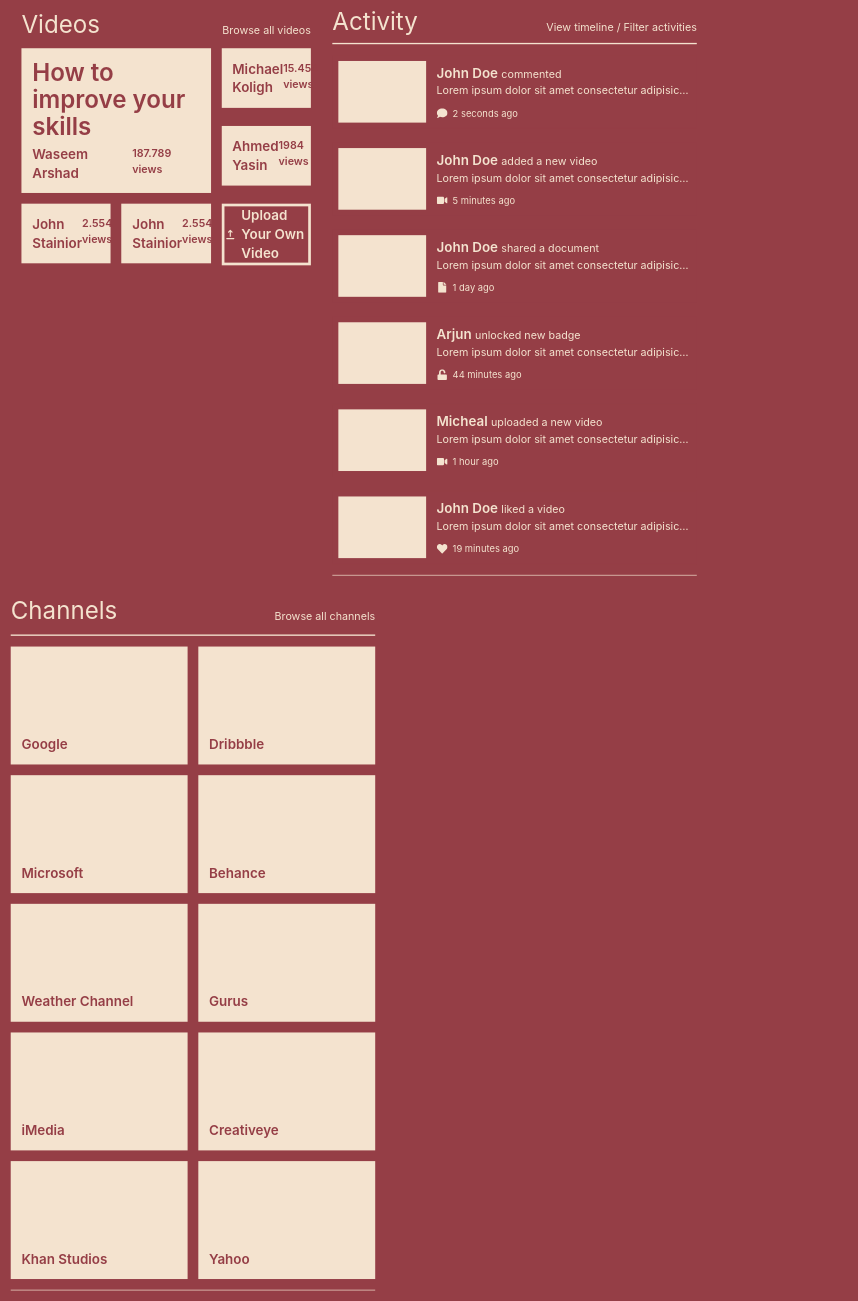
Repository: farrelmuhammad/test-salt
Page: /
The author's editor kept a copy of each file at every save. The page is drawn from the files as they stood at one save, then again after the next save.
The browser window is 1280 px wide. The pictures show the whole page, at 67% of full size.
The project was rebuilt for these pictures with package versions that can differ from the ones it lists, and the page was loaded fresh each time. Also part of the build but not shown: src/App.css.

Above is the page before, as saved 2022-11-21 16:55:58.

### src/index.css
@tailwind base;
@tailwind components;
@tailwind utilities;

body {
  margin: 0;
  font-family: -apple-system, BlinkMacSystemFont, "Segoe UI", "Roboto", "Oxygen", "Ubuntu", "Cantarell", "Fira Sans", "Droid Sans", "Helvetica Neue", sans-serif;
  -webkit-font-smoothing: antialiased;
  -moz-osx-font-smoothing: grayscale;
  background-color: #953e46;
}

code {
  font-family: source-code-pro, Menlo, Monaco, Consolas, "Courier New", monospace;
}

@layer components {
  .box-text {
    @apply bg-[#F4E3CF] aspect-[3/2] text-[#953e46] p-4;
  }

  .card {
    @apply flex flex-row border border-[#953e46] p-2;
  }

  .hr-top {
    @apply h-[2px] bg-[#F4E3CF] border-none mb-4;
  }

  .hr-bottom {
    @apply h-[1px] bg-[#F4E3CF] border-none my-4;
  }
}

### src/App.js
import logo from "./logo.svg";
import "./App.css";
import Box from "./components/Box";
import Channels from "./components/Channels";
import Activity from "./components/Activity";

function App() {
  return (
    <>
      <div className="container">
        <div class="flex">
          <div className="flex-auto w-64">
            <Box />
          </div>
          <div className="flex-auto">
            <Activity />
          </div>
        </div>
      </div>
      <Channels />
    </>
  );
}

export default App;

### src/components/Box.jsx
import React from "react";
import { HiUpload } from "react-icons/hi";

const Box = () => {
  return (
    <>
      <section className="container">
        <div className="flex items-end justify-between py-4">
          <h1 className="text-4xl text-[#F4E3CF]">Videos</h1>
          <a href="" className="text-base text-[#F4E3CF]">
            Browse all videos
          </a>
        </div>

        <div class="grid grid-cols-3 gap-4">
          <div class="col-span-2 row-span-2 box-text flex flex-col justify-end">
            <h2 className="text-4xl font-semibold mb-2">How to improve your skills</h2>
            <div className="flex justify-between">
              <h4 className="text-xl font-semibold">Waseem Arshad</h4>

              <p className="text-base font-semibold">187.789 views</p>
            </div>
          </div>

          <div class="box-text flex flex-col justify-end">
            <div className="flex justify-between">
              <h4 className="text-xl font-semibold">Michael Koligh</h4>

              <p className="text-base font-semibold">15.454 views</p>
            </div>
          </div>

          <div class="box-text flex flex-col justify-end">
            <div className="flex justify-between">
              <h4 className="text-xl font-semibold">Ahmed Yasin</h4>

              <p className="text-base font-semibold">1984 views</p>
            </div>
          </div>

          <div class="box-text flex flex-col justify-end">
            <div className="flex justify-between">
              <h4 className="text-xl font-semibold">John Stainior</h4>

              <p className="text-base font-semibold">2.554 views</p>
            </div>
          </div>

          <div class="box-text flex flex-col justify-end">
            <div className="flex justify-between">
              <h4 className="text-xl font-semibold">John Stainior</h4>

              <p className="text-base font-semibold">2.554 views</p>
            </div>
          </div>

          <div class="border-4 border-[#F4E3CF] text-[#F4E3CF] flex items-center justify-center">
            <HiUpload className="rounded-full w-10 h-10 mr-2" /> <h2 className="text-xl font-semibold">Upload Your Own Video</h2>
          </div>
        </div>
      </section>
    </>
  );
};

export default Box;

### src/components/Channels.jsx
import React from "react";

const Channels = () => {
  return (
    <>
      <section className="container max-w-xl">
        <div className="flex items-end justify-between py-4">
          <h1 className="text-4xl text-[#F4E3CF]">Channels</h1>
          <a href="" className="text-base text-[#F4E3CF]">
            Browse all channels
          </a>
        </div>

        <hr className="hr-top" />

        <div class="grid grid-cols-2 gap-4 ">
          <div class="box-text text-xl font-semibold flex items-end">Google</div>
          <div class="box-text text-xl font-semibold flex items-end">Dribbble</div>
          <div class="box-text text-xl font-semibold flex items-end">Microsoft</div>
          <div class="box-text text-xl font-semibold flex items-end">Behance</div>
          <div class="box-text text-xl font-semibold flex items-end">Weather Channel</div>
          <div class="box-text text-xl font-semibold flex items-end">Gurus</div>
          <div class="box-text text-xl font-semibold flex items-end">iMedia</div>
          <div class="box-text text-xl font-semibold flex items-end">Creativeye</div>
          <div class="box-text text-xl font-semibold flex items-end">Khan Studios</div>
          <div class="box-text text-xl font-semibold flex items-end">Yahoo</div>
        </div>

        <hr className="hr-bottom" />
      </section>
    </>
  );
};

export default Channels;

### src/components/Activity.jsx
import React from "react";
import { FaComment, FaVideo, FaUnlock, FaHeart, FaFile } from "react-icons/fa";

const Activity = () => {
  return (
    <>
      <section className="container max-w-xl">
        <div className="flex items-end justify-between py-3">
          <h1 className="text-4xl text-[#F4E3CF]">Activity</h1>
          <a href="" className="text-base text-[#F4E3CF]">
            View timeline / Filter activities
          </a>
        </div>

        <hr className="hr-top" />

        <div class="flex flex-col space-y-5">
          <div class="card hover:border-[#F4E3CF]">
            <div className="w-48 bg-[#F4E3CF]"></div>

            <div class="py-1 pl-4 truncate text-[#F4E3CF]">
              <h5 class="text-xl font-semibold">
                John Doe <span className="text-base font-normal">commented</span>
              </h5>
              <p class="text-base mb-3 truncate">Lorem ipsum dolor sit amet consectetur adipisicing elit. Ratione, similique!</p>
              <p class="text-sm flex items-center">
                <FaComment className="w-4 h-4 mr-2" />2 seconds ago
              </p>
            </div>
          </div>

          <div class="card hover:border-[#F4E3CF]">
            <div className="w-48 bg-[#F4E3CF]"></div>

            <div class="py-1 pl-4 truncate text-[#F4E3CF]">
              <h5 class="text-xl font-semibold">
                John Doe <span className="text-base font-normal">added a new video</span>
              </h5>
              <p class="text-base mb-3 truncate">Lorem ipsum dolor sit amet consectetur adipisicing elit. Ratione, similique!</p>
              <p class="text-sm flex items-center">
                <FaVideo className="w-4 h-4 mr-2" />5 minutes ago
              </p>
            </div>
          </div>

          <div class="card hover:border-[#F4E3CF]">
            <div className="w-48 bg-[#F4E3CF]"></div>

            <div class="py-1 pl-4 truncate text-[#F4E3CF]">
              <h5 class="text-xl font-semibold">
                John Doe <span className="text-base font-normal">shared a document</span>
              </h5>
              <p class="text-base mb-3 truncate">Lorem ipsum dolor sit amet consectetur adipisicing elit. Ratione, similique!</p>
              <p class="text-sm flex items-center">
                <FaFile className="w-4 h-4 mr-2" />1 day ago
              </p>
            </div>
          </div>

          <div class="card hover:border-[#F4E3CF]">
            <div className="w-48 bg-[#F4E3CF]"></div>

            <div class="py-1 pl-4 truncate text-[#F4E3CF]">
              <h5 class="text-xl font-semibold">
                Arjun <span className="text-base font-normal">unlocked new badge</span>
              </h5>
              <p class="text-base mb-3 truncate">Lorem ipsum dolor sit amet consectetur adipisicing elit. Ratione, similique!</p>
              <p class="text-sm flex items-center">
                <FaUnlock className="w-4 h-4 mr-2" />
                44 minutes ago
              </p>
            </div>
          </div>

          <div class="card hover:border-[#F4E3CF]">
            <div className="w-48 bg-[#F4E3CF]"></div>

            <div class="py-1 pl-4 truncate text-[#F4E3CF]">
              <h5 class="text-xl font-semibold">
                Micheal <span className="text-base font-normal">uploaded a new video</span>
              </h5>
              <p class="text-base mb-3 truncate">Lorem ipsum dolor sit amet consectetur adipisicing elit. Ratione, similique!</p>
              <p class="text-sm flex items-center">
                <FaVideo className="w-4 h-4 mr-2" />1 hour ago
              </p>
            </div>
          </div>

          <div class="card hover:border-[#F4E3CF]">
            <div className="w-48 bg-[#F4E3CF]"></div>

            <div class="py-1 pl-4 truncate text-[#F4E3CF]">
              <h5 class="text-xl font-semibold">
                John Doe <span className="text-base font-normal">liked a video</span>
              </h5>
              <p class="text-base mb-3 truncate">Lorem ipsum dolor sit amet consectetur adipisicing elit. Ratione, similique!</p>
              <p class="text-sm flex items-center">
                <FaHeart className="w-4 h-4 mr-2" />
                19 minutes ago
              </p>
            </div>
          </div>
        </div>

        <hr className="hr-bottom" />
      </section>
    </>
  );
};

export default Activity;

### tailwind.config.js
/** @type {import('tailwindcss').Config} */
module.exports = {
  content: ["./src/**/*.{js,jsx,ts,tsx}"],
  theme: {
    container: {
      padding: "16px",
    },
    extend: {
      screens: {
        sm: "640px",
        md: "768px",
        lg: "1024px",
        xl: "1280px",
        "2xl": "1320px",
      },
    },
  },
  plugins: [],
};

Loaded but not shown: public/index.html (common file); src/index.js (common file); src/reportWebVitals.js (common file)

After the next save:
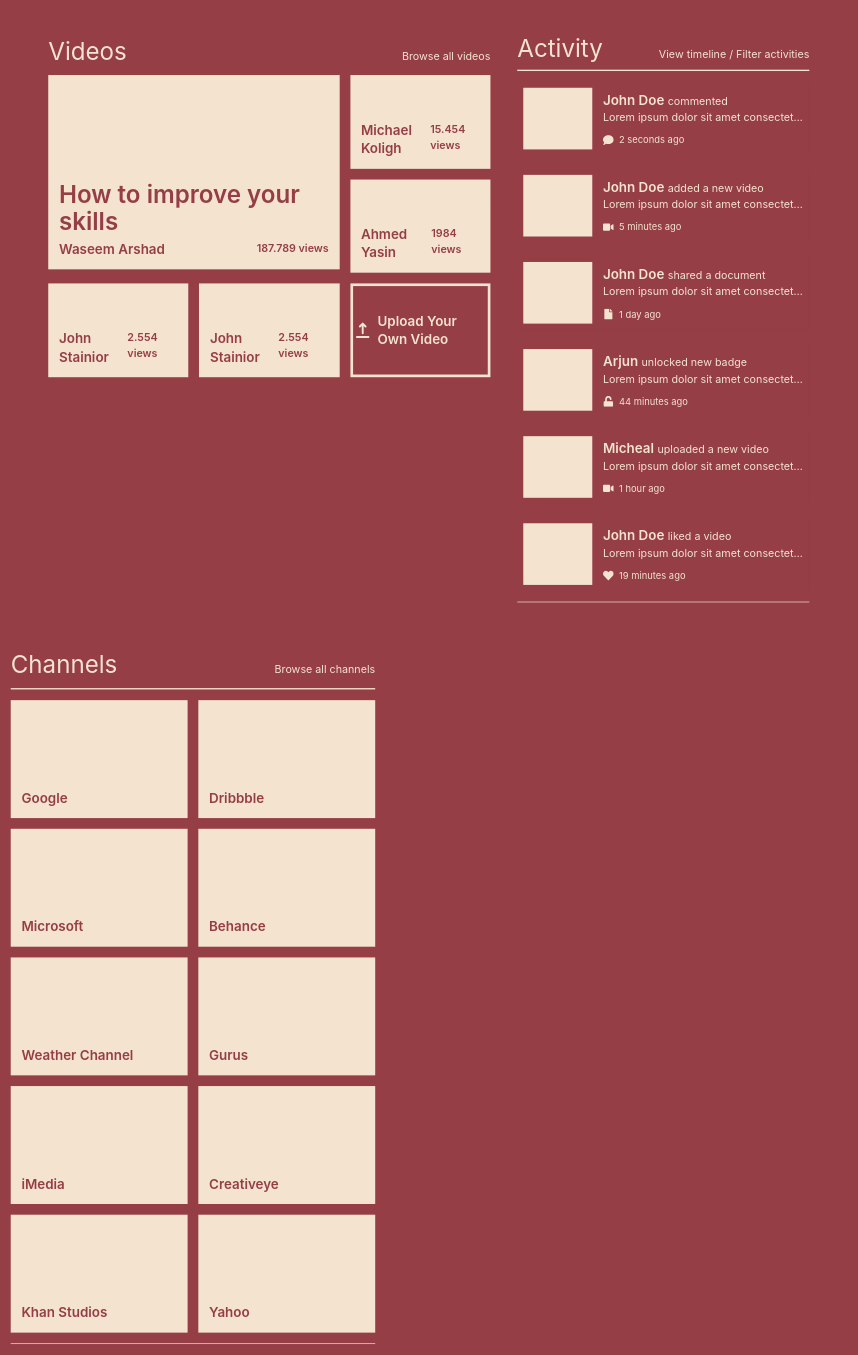
Saved 4 s later.
--- a/src/App.js
+++ b/src/App.js
@@ -8,11 +8,11 @@ function App() {
   return (
     <>
       <div className="container">
-        <div class="flex">
+        <div class="flex grid-cols-2 gap-2 m-10">
           <div className="flex-auto w-64">
             <Box />
           </div>
-          <div className="flex-auto">
+          <div className="flex-auto w-8">
             <Activity />
           </div>
         </div>
